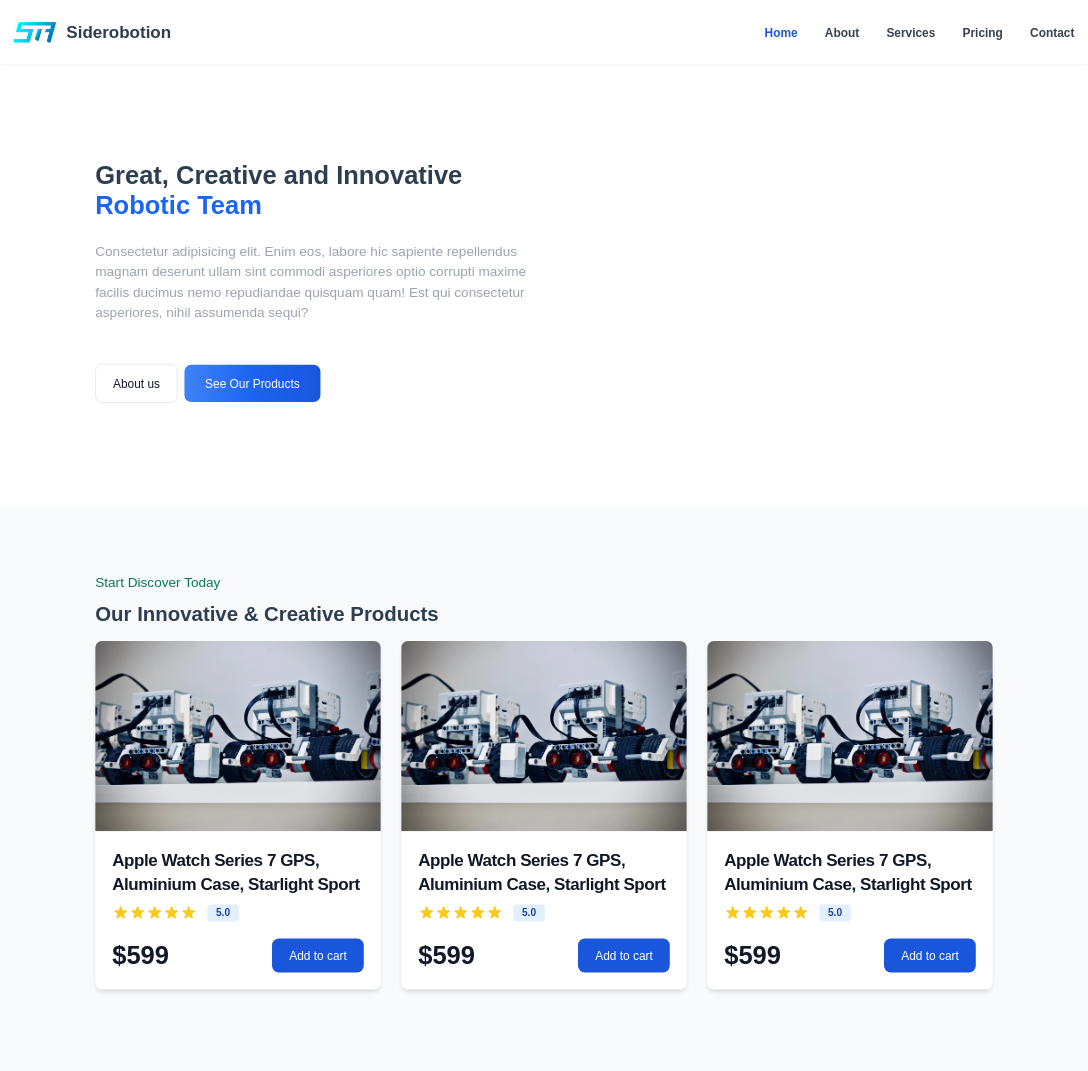
Repository: khulqu15/siderobotion
Page: /
An editor plug-in stored every save of this project. The page is shown before and after the next save, followed by the edit.
The browser window is 1280 px wide. The pictures show the whole page, at 85% of full size.
The project was rebuilt for these pictures with package versions that can differ from the ones it lists, and the page was loaded fresh each time. Also part of the build but not shown: vue.config.js.

Above is the page before, as saved 2022-06-12 02:33:52.

### src/main.js
import { createApp } from 'vue'
import App from './App.vue'
import './registerServiceWorker'
import router from './router'
import store from './store'
import 'flowbite'
import './index.css'

createApp(App)
  .use(store)
  .use(router)
  .mount('#app')

### src/index.css
@tailwind base;
@tailwind components;
@tailwind utilities;
@import url('https://fonts.googleapis.com/css2?family=Poppins:ital,wght@0,100;0,200;0,300;0,400;0,500;0,600;0,700;0,800;0,900;1,100;1,200;1,300;1,400;1,500;1,600;1,700;1,800;1,900&display=swap');

* {
  font-family: 'Poppins', sans-serif !important;
}

### src/views/HomeView.vue
<template>

  <web-layout>
    <div class="p-28 grid grid-cols-2 gap-4">
      <div class="text-start">
        <h1 class="text-3xl font-semibold">Great, Creative and Innovative <span class="text-blue-600">Robotic Team</span> </h1>
        <p class="text-gray-400 mt-6 mb-12">Consectetur adipisicing elit. Enim eos, labore hic sapiente repellendus magnam deserunt ullam sint commodi asperiores optio corrupti maxime facilis ducimus nemo repudiandae quisquam quam! Est qui consectetur asperiores, nihil assumenda sequi?</p>
        <button type="button" class="py-3 px-5 mr-2 mb-2 text-sm font-medium text-gray-900 focus:outline-none bg-white rounded-lg border border-gray-200 hover:bg-gray-100 hover:text-blue-700 focus:z-10 focus:ring-4 focus:ring-gray-200">About us</button>
        <button type="button" class="text-white bg-gradient-to-r from-blue-500 via-blue-600 to-blue-700 hover:bg-gradient-to-br focus:ring-4 focus:outline-none focus:ring-blue-300 dark:focus:ring-blue-800 font-medium rounded-lg text-sm px-6 py-3 text-center mr-2 mb-2">See Our Products</button>
      </div>
    </div>

    <div class="px-28 py-20 bg-gray-50">
      <div class="text-start">
        <p class="mb-2 text-green-600">Start Discover Today</p>
        <h1 class="text-2xl font-semibold">Our Innovative & Creative Products</h1>
      </div>
      <div class="py-4 text-start grid grid-cols-3 gap-6">
        <div v-for="(item, index) in 3" :key="index">
          <div class="max-w-sm bg-white rounded-lg shadow-md dark:bg-gray-800 dark:border-gray-700">
            <a href="#">
              <img class="rounded-t-lg" :src="require('@/assets/images/product.webp')" alt="product image" />
            </a>
            <div class="p-5">
              <a href="#">
                <h5 class="text-xl font-semibold tracking-tight text-gray-900 dark:text-white">Apple Watch Series 7 GPS, Aluminium Case, Starlight Sport</h5>
              </a>
              <div class="flex items-center mt-2.5 mb-5">
                <svg class="w-5 h-5 text-yellow-300" fill="currentColor" viewBox="0 0 20 20" xmlns="http://www.w3.org/2000/svg"><path d="M9.049 2.927c.3-.921 1.603-.921 1.902 0l1.07 3.292a1 1 0 00.95.69h3.462c.969 0 1.371 1.24.588 1.81l-2.8 2.034a1 1 0 00-.364 1.118l1.07 3.292c.3.921-.755 1.688-1.54 1.118l-2.8-2.034a1 1 0 00-1.175 0l-2.8 2.034c-.784.57-1.838-.197-1.539-1.118l1.07-3.292a1 1 0 00-.364-1.118L2.98 8.72c-.783-.57-.38-1.81.588-1.81h3.461a1 1 0 00.951-.69l1.07-3.292z"></path></svg>
                <svg class="w-5 h-5 text-yellow-300" fill="currentColor" viewBox="0 0 20 20" xmlns="http://www.w3.org/2000/svg"><path d="M9.049 2.927c.3-.921 1.603-.921 1.902 0l1.07 3.292a1 1 0 00.95.69h3.462c.969 0 1.371 1.24.588 1.81l-2.8 2.034a1 1 0 00-.364 1.118l1.07 3.292c.3.921-.755 1.688-1.54 1.118l-2.8-2.034a1 1 0 00-1.175 0l-2.8 2.034c-.784.57-1.838-.197-1.539-1.118l1.07-3.292a1 1 0 00-.364-1.118L2.98 8.72c-.783-.57-.38-1.81.588-1.81h3.461a1 1 0 00.951-.69l1.07-3.292z"></path></svg>
                <svg class="w-5 h-5 text-yellow-300" fill="currentColor" viewBox="0 0 20 20" xmlns="http://www.w3.org/2000/svg"><path d="M9.049 2.927c.3-.921 1.603-.921 1.902 0l1.07 3.292a1 1 0 00.95.69h3.462c.969 0 1.371 1.24.588 1.81l-2.8 2.034a1 1 0 00-.364 1.118l1.07 3.292c.3.921-.755 1.688-1.54 1.118l-2.8-2.034a1 1 0 00-1.175 0l-2.8 2.034c-.784.57-1.838-.197-1.539-1.118l1.07-3.292a1 1 0 00-.364-1.118L2.98 8.72c-.783-.57-.38-1.81.588-1.81h3.461a1 1 0 00.951-.69l1.07-3.292z"></path></svg>
                <svg class="w-5 h-5 text-yellow-300" fill="currentColor" viewBox="0 0 20 20" xmlns="http://www.w3.org/2000/svg"><path d="M9.049 2.927c.3-.921 1.603-.921 1.902 0l1.07 3.292a1 1 0 00.95.69h3.462c.969 0 1.371 1.24.588 1.81l-2.8 2.034a1 1 0 00-.364 1.118l1.07 3.292c.3.921-.755 1.688-1.54 1.118l-2.8-2.034a1 1 0 00-1.175 0l-2.8 2.034c-.784.57-1.838-.197-1.539-1.118l1.07-3.292a1 1 0 00-.364-1.118L2.98 8.72c-.783-.57-.38-1.81.588-1.81h3.461a1 1 0 00.951-.69l1.07-3.292z"></path></svg>
                <svg class="w-5 h-5 text-yellow-300" fill="currentColor" viewBox="0 0 20 20" xmlns="http://www.w3.org/2000/svg"><path d="M9.049 2.927c.3-.921 1.603-.921 1.902 0l1.07 3.292a1 1 0 00.95.69h3.462c.969 0 1.371 1.24.588 1.81l-2.8 2.034a1 1 0 00-.364 1.118l1.07 3.292c.3.921-.755 1.688-1.54 1.118l-2.8-2.034a1 1 0 00-1.175 0l-2.8 2.034c-.784.57-1.838-.197-1.539-1.118l1.07-3.292a1 1 0 00-.364-1.118L2.98 8.72c-.783-.57-.38-1.81.588-1.81h3.461a1 1 0 00.951-.69l1.07-3.292z"></path></svg>
                <span class="bg-blue-100 text-blue-800 text-xs font-semibold mr-2 px-2.5 py-0.5 rounded dark:bg-blue-200 dark:text-blue-800 ml-3">5.0</span>
              </div>
              <div class="flex justify-between items-center">
                <span class="text-3xl font-bold text-gray-900 dark:text-white">$599</span>
                <a href="#" class="text-white bg-blue-700 hover:bg-blue-800 focus:ring-4 focus:outline-none focus:ring-blue-300 font-medium rounded-lg text-sm px-5 py-2.5 text-center dark:bg-blue-600 dark:hover:bg-blue-700 dark:focus:ring-blue-800">Add to cart</a>
              </div>
            </div>
          </div>
        </div>
      </div>
    </div>
  </web-layout>

</template>

<script>
import WebLayout from '@/layouts/WebLayout.vue'
export default {
  name: 'HomeView',
  components: {
    WebLayout
  }
}
</script>

### src/layouts/WebLayout.vue
<template>
  <div id="app-web">
    <div id="nav">
      <navigation-header/>
    </div>
    <div id="body-content">
      <slot id="content"></slot>
    </div>
  </div>
</template>

<script>
import NavigationHeader from '@/components/NavigationHeader.vue'
export default {
  components: {
    NavigationHeader
  }
}
</script>

### src/components/NavigationHeader.vue
<template>
  <div>
    <nav class="bg-white border-gray-200 px-2 sm:px-4 py-6 shadow-sm rounded dark:bg-gray-800">
      <div class="container flex flex-wrap justify-between items-center mx-auto">
        <a href="/" class="flex items-center">
          <img :src="require('@/assets/logo.webp')" class="mr-3 h-4 sm:h-6" alt="Siderobotion Logo">
          <span class="self-center text-xl font-semibold whitespace-nowrap dark:text-white">Siderobotion</span>
        </a>
        <button data-collapse-toggle="mobile-menu" type="button" class="inline-flex items-center p-2 ml-3 text-sm text-gray-500 rounded-lg md:hidden hover:bg-gray-100 focus:outline-none focus:ring-2 focus:ring-gray-200 dark:text-gray-400 dark:hover:bg-gray-700 dark:focus:ring-gray-600" aria-controls="mobile-menu" aria-expanded="false">
          <span class="sr-only">Open main menu</span>
          <svg class="w-6 h-6" fill="currentColor" viewBox="0 0 20 20" xmlns="http://www.w3.org/2000/svg"><path fill-rule="evenodd" d="M3 5a1 1 0 011-1h12a1 1 0 110 2H4a1 1 0 01-1-1zM3 10a1 1 0 011-1h12a1 1 0 110 2H4a1 1 0 01-1-1zM3 15a1 1 0 011-1h12a1 1 0 110 2H4a1 1 0 01-1-1z" clip-rule="evenodd"></path></svg>
          <svg class="hidden w-6 h-6" fill="currentColor" viewBox="0 0 20 20" xmlns="http://www.w3.org/2000/svg"><path fill-rule="evenodd" d="M4.293 4.293a1 1 0 011.414 0L10 8.586l4.293-4.293a1 1 0 111.414 1.414L11.414 10l4.293 4.293a1 1 0 01-1.414 1.414L10 11.414l-4.293 4.293a1 1 0 01-1.414-1.414L8.586 10 4.293 5.707a1 1 0 010-1.414z" clip-rule="evenodd"></path></svg>
        </button>
        <div class="hidden w-full md:block md:w-auto" id="mobile-menu">
          <ul class="flex flex-col mt-4 md:flex-row md:space-x-8 md:mt-0 md:text-sm md:font-medium">
            <li>
              <a href="#" class="block py-2 pr-4 pl-3 text-white bg-blue-700 rounded md:bg-transparent md:text-blue-700 md:p-0 dark:text-white" aria-current="page">Home</a>
            </li>
            <li>
              <a href="#" class="block py-2 pr-4 pl-3 text-gray-700 border-b border-gray-100 hover:bg-gray-50 md:hover:bg-transparent md:border-0 md:hover:text-blue-700 md:p-0 dark:text-gray-400 md:dark:hover:text-white dark:hover:bg-gray-700 dark:hover:text-white md:dark:hover:bg-transparent dark:border-gray-700">About</a>
            </li>
            <li>
              <a href="#" class="block py-2 pr-4 pl-3 text-gray-700 border-b border-gray-100 hover:bg-gray-50 md:hover:bg-transparent md:border-0 md:hover:text-blue-700 md:p-0 dark:text-gray-400 md:dark:hover:text-white dark:hover:bg-gray-700 dark:hover:text-white md:dark:hover:bg-transparent dark:border-gray-700">Services</a>
            </li>
            <li>
              <a href="#" class="block py-2 pr-4 pl-3 text-gray-700 border-b border-gray-100 hover:bg-gray-50 md:hover:bg-transparent md:border-0 md:hover:text-blue-700 md:p-0 dark:text-gray-400 md:dark:hover:text-white dark:hover:bg-gray-700 dark:hover:text-white md:dark:hover:bg-transparent dark:border-gray-700">Pricing</a>
            </li>
            <li>
              <a href="#" class="block py-2 pr-4 pl-3 text-gray-700 hover:bg-gray-50 md:hover:bg-transparent md:border-0 md:hover:text-blue-700 md:p-0 dark:text-gray-400 md:dark:hover:text-white dark:hover:bg-gray-700 dark:hover:text-white md:dark:hover:bg-transparent">Contact</a>
            </li>
          </ul>
        </div>
      </div>
    </nav>

  </div>
</template>

### tailwind.config.js
module.exports = {

  content: [
    "./index.html",
    "./src/**/*.{vue,js,ts,jsx,tsx}",
    "./node_modules/flowbite/**/*.js",
  ],
  theme: {
    extend: {},
  },
  plugins: [
    require('flowbite/plugin')
  ]

}

Loaded but not shown: public/index.html (common file); src/App.vue (common file); src/registerServiceWorker.js (common file); src/router/index.js (common file); src/store/index.js (common file)

After the next save:
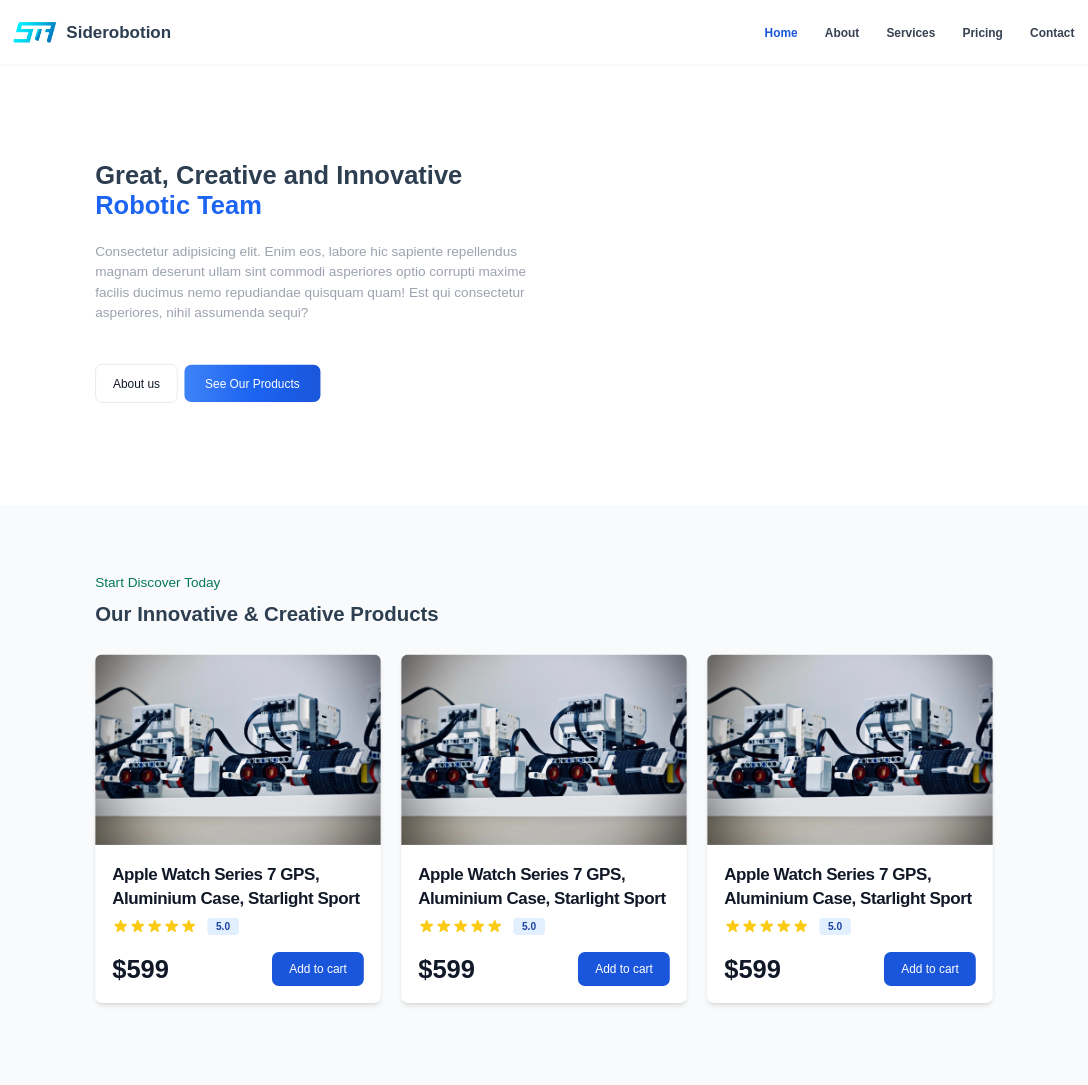
Saved 4 s later.
--- a/src/views/HomeView.vue
+++ b/src/views/HomeView.vue
@@ -13,7 +13,7 @@
     <div class="px-28 py-20 bg-gray-50">
       <div class="text-start">
         <p class="mb-2 text-green-600">Start Discover Today</p>
-        <h1 class="text-2xl font-semibold">Our Innovative & Creative Products</h1>
+        <h1 class="text-2xl mb-4 font-semibold">Our Innovative & Creative Products</h1>
       </div>
       <div class="py-4 text-start grid grid-cols-3 gap-6">
         <div v-for="(item, index) in 3" :key="index">
